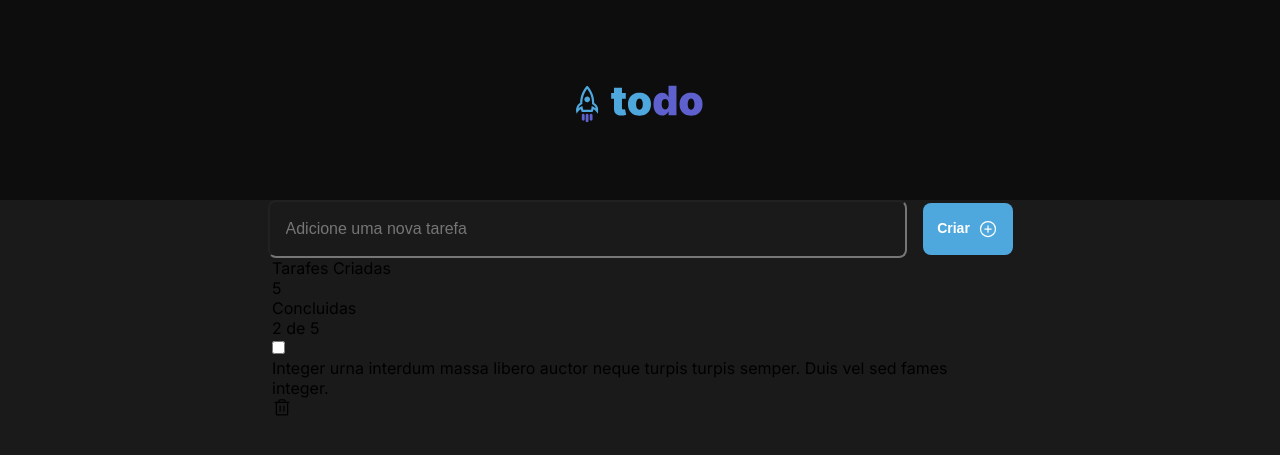
Repository: guilhermecardoso93/todolistreact
Page: /
An editor plug-in stored every save of this project. The page is shown before and after the next save, followed by the edit.
The browser window is 1280 px wide. The pictures show the whole page.
The project was rebuilt for these pictures with package versions that can differ from the ones it lists, and the page was loaded fresh each time. Also part of the build but not shown: vite.config.ts.

Above is the page before, as saved 2022-07-02 18:47:00.

After the next save:
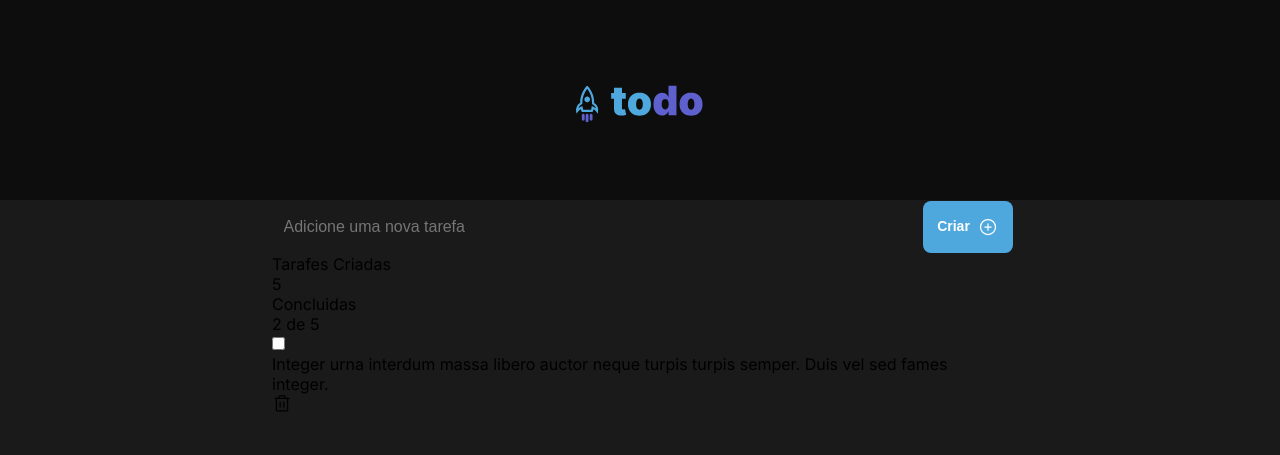
Saved 8 s later.
--- a/src/TasksBar.module.css
+++ b/src/TasksBar.module.css
@@ -8,8 +8,9 @@
   background: var(--grey-500);
   color: var(--grey-300);
   width: 639px;
-    padding: 1rem;
+  padding: 1rem;
   border-radius: 8px;
+  border:none;
 
   font-style: normal;
   font-weight: 400;
